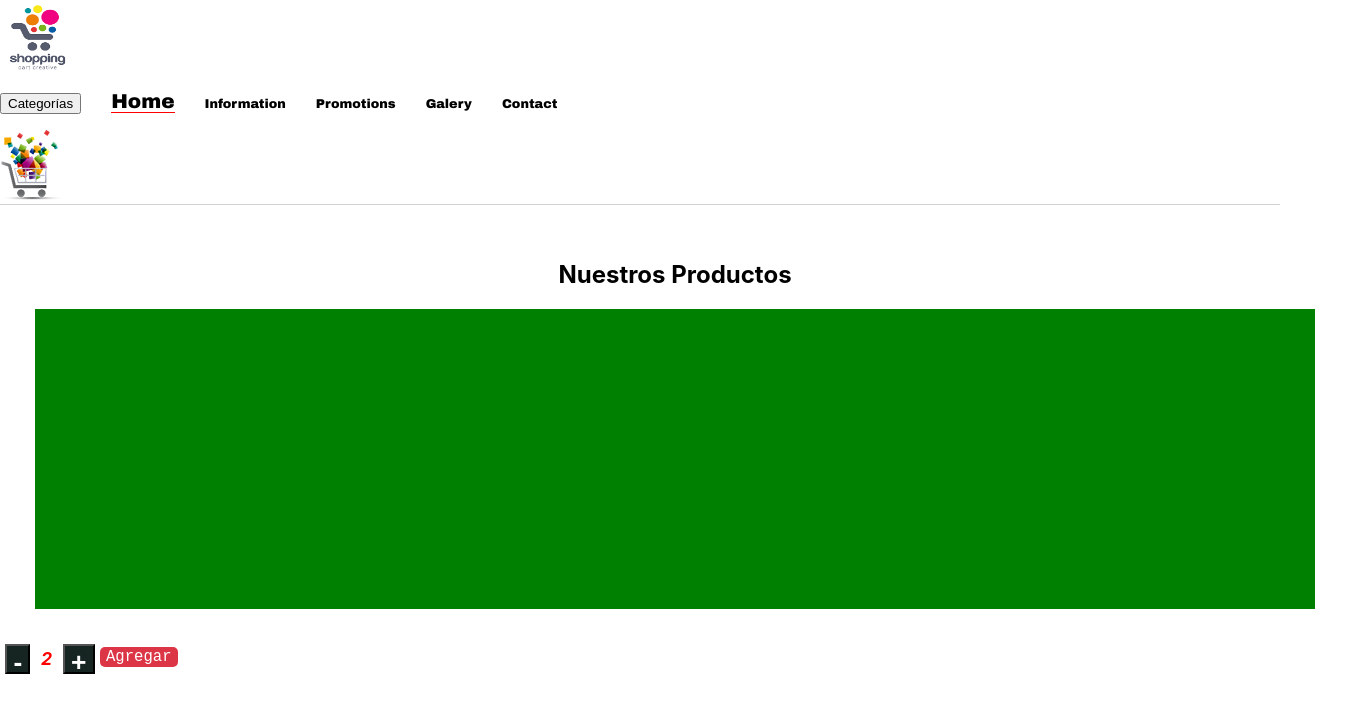
Repository: gustavomanuelquintana/CoderRepository
Page: / (app in cards-commers/)
These files come from the project's save history. The page is drawn as it stood at one moment and after the next save; the edit follows.
The browser window is 1280 px wide. The page is 1350 px wide, so the pictures cover 1350 px, including what lies to the right of the window. The pictures show the whole page.
The project was rebuilt for these pictures with package versions that can differ from the ones it lists, and the page was loaded fresh each time.

Above is the page before, as saved 2020-10-31 13:40:47.

After the next save:
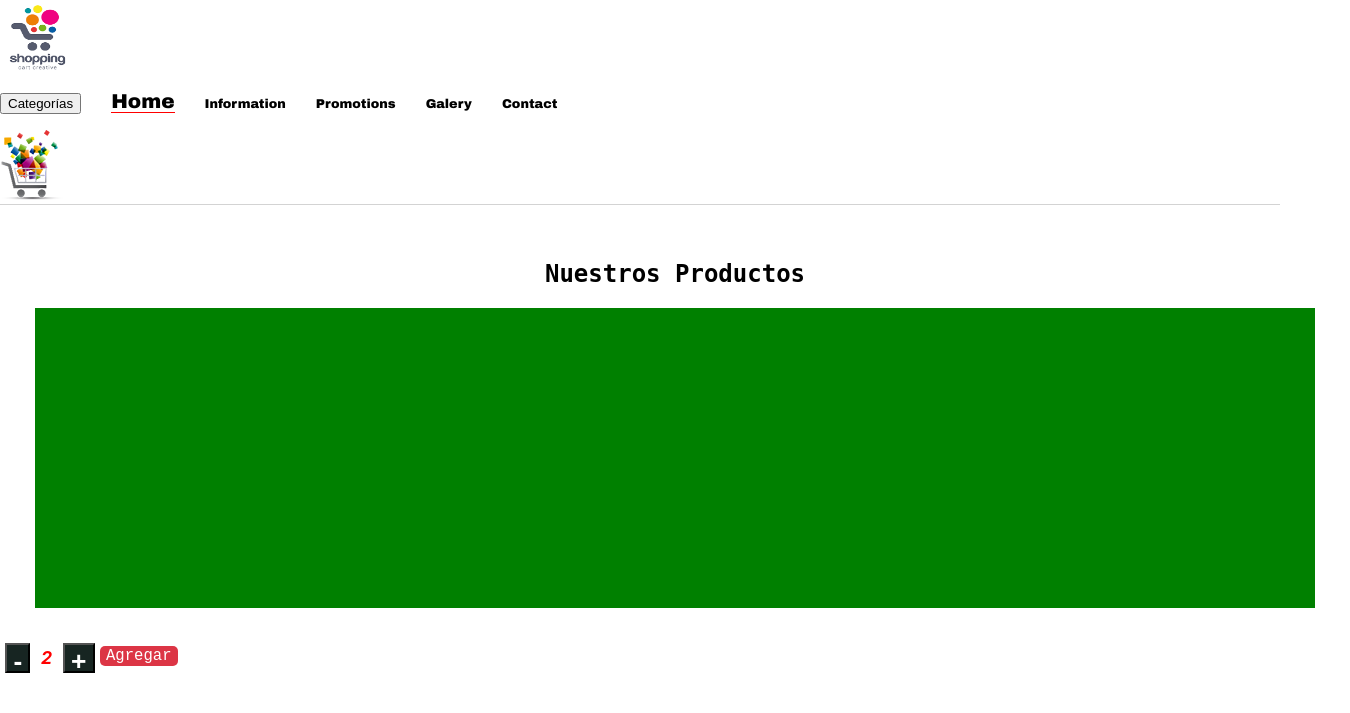
Saved 15 min 58 s later.
--- a/cards-commers/src/Components/ItemListContainer/ItemListContainer.css
+++ b/cards-commers/src/Components/ItemListContainer/ItemListContainer.css
@@ -6,4 +6,5 @@
 }
 .container h2{
     text-align:center;
+    font-family: "monospace";
 }
